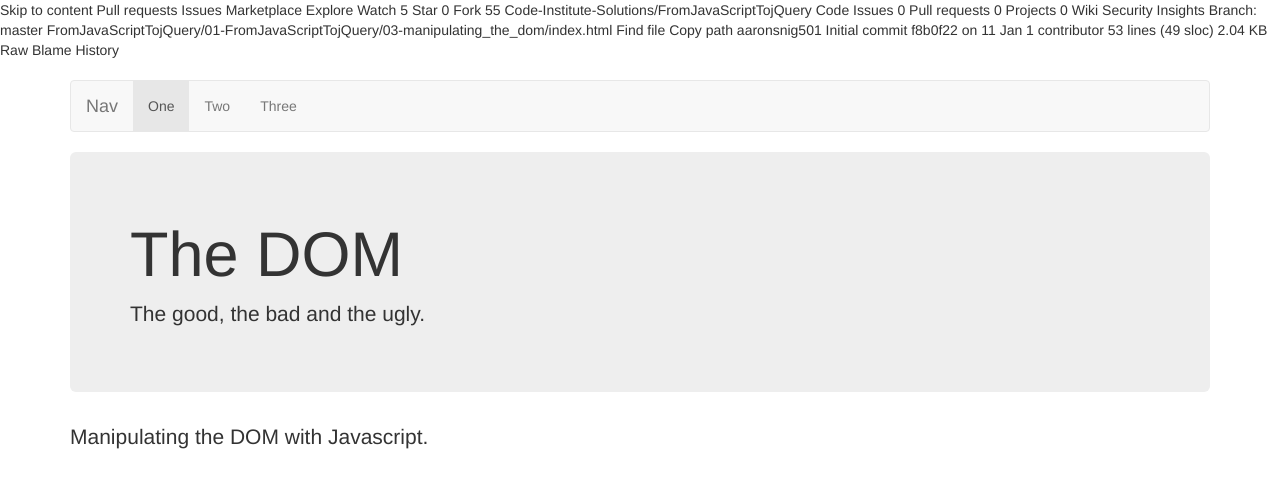
Repository: SOliv1/manipulating-the-dom
Page: index.html
The author's editor kept a record of every edit. The page is drawn from the files as they stood at one moment, then again after the next edit.
The browser window is 1280 px wide. The pictures show the whole page.

Above is the page before.

### index.html
Skip to content



Pull requests
Issues
Marketplace
Explore






Watch
5
Star
0
Fork
55

Code-Institute-Solutions/FromJavaScriptTojQuery
Code
Issues 0
Pull requests 0
Projects 0
Wiki
Security
Insights
Branch: master
FromJavaScriptTojQuery/01-FromJavaScriptTojQuery/03-manipulating_the_dom/index.html
Find file
Copy path
 aaronsnig501 Initial commit
f8b0f22 on 11 Jan
1 contributor
53 lines (49 sloc) 2.04 KB
Raw
Blame
History


<!DOCTYPE html>

<html lang="en">



<head>

    <meta charset="utf-8">

    <meta http-equiv="X-UA-Compatible" content="IE=edge">

    <meta name="viewport" content="width=device-width, initial-scale=1">

    <link rel="stylesheet" href="https://maxcdn.bootstrapcdn.com/bootstrap/3.3.7/css/bootstrap.min.css" integrity="sha384-BVYiiSIFeK1dGmJRAkycuHAHRg32OmUcww7on3RYdg4Va+PmSTsz/K68vbdEjh4u" crossorigin="anonymous">



    <style type="text/css">

        /* It's usually bad practice to include css like this but for demos it's ok. */

        .container {

            margin-top: 20px;

        }

    </style>

</head>



<body>

    <div class="container">

        <nav class="navbar navbar-default">

            <div class="container-fluid">

                <div class="navbar-header">

                    <button type="button" class="navbar-toggle collapsed" data-toggle="collapse" data-target="#navbar" aria-expanded="false" aria-controls="navbar">

                      <span class="sr-only">Toggle navigation</span>

                      <span class="icon-bar"></span>

                      <span class="icon-bar"></span>

                      <span class="icon-bar"></span>

                    </button>

                    <a class="navbar-brand" href="#">Nav</a>

                </div>

                <div id="navbar" class="navbar-collapse collapse">

                    <ul class="nav navbar-nav">

                        <li class="active"><a href="#">One</a></li>

                        <li><a href="#">Two</a></li>

                        <li><a href="#">Three</a></li>

                    </ul>

                </div>

            </div>

        </nav>

        <article id="home-page">

            <section class="jumbotron">

                <h1>The DOM</h1>

                <p>The good, the bad and the ugly.</p>

            </section>

            <section class='content'>

                <p class="lead">Manipulating the DOM with Javascript.</p>

            </section>

        </article>

    </div>

    <script type="text/javascript" src="js/app.js"></script>

</body>

</html>

Loaded but not shown: js/app.js (common file)

After the next edit:
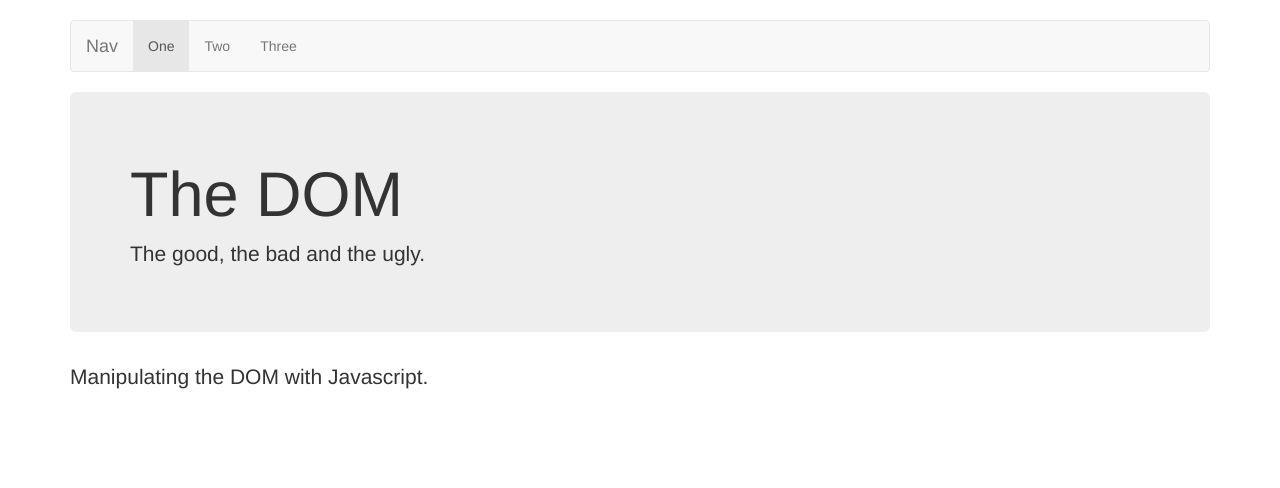
The edit:
--- a/index.html
+++ b/index.html
@@ -1,50 +1,7 @@
-Skip to content
-
-
-
-Pull requests
-Issues
-Marketplace
-Explore
-
-
-
-
-
-
-Watch
-5
-Star
-0
-Fork
-55
-
-Code-Institute-Solutions/FromJavaScriptTojQuery
-Code
-Issues 0
-Pull requests 0
-Projects 0
-Wiki
-Security
-Insights
-Branch: master
-FromJavaScriptTojQuery/01-FromJavaScriptTojQuery/03-manipulating_the_dom/index.html
-Find file
-Copy path
- aaronsnig501 Initial commit
-f8b0f22 on 11 Jan
-1 contributor
-53 lines (49 sloc) 2.04 KB
-Raw
-Blame
-History
-
 
 <!DOCTYPE html>
 
 <html lang="en">
-
-
 
 <head>
 
